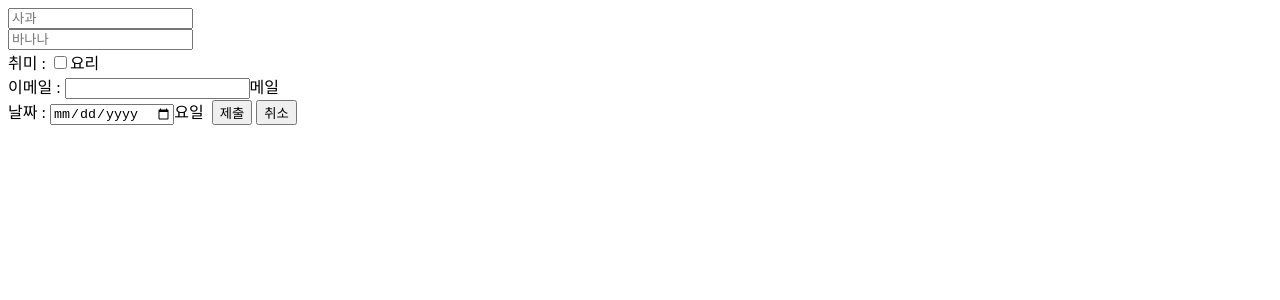
Repository: JongMin22/jsp.practice
Page: http://localhost/JSPBasic/JspObject/1.requests/req_param_sand.jsp
These files come from the project's save history. The page is drawn as it stood at one moment and after the next save; the edit follows.
The browser window is 1280 px wide. The pictures show the whole page.
The page is served by Tomcat 9.

Above is the page before, as saved 2022-02-03 06:10:02.

### JSPBasic/src/main/webapp/JspObject/1.requests/req_param_sand.jsp
<%@ page language="java" contentType="text/html; charset=UTF-8"
    pageEncoding="UTF-8"%>
<!DOCTYPE html>
<html>
<head>
<meta charset="UTF-8">
<title>Insert title here</title>
</head>
<body>
<%-- 아래에 form을 만들고 내부에 input 4개를 만들어주세요.
input 태그의 속성은 하나는 text 하나는 password
name속성은 하나는 apple 하나는 banana로 해주세요
reset 버튼과 submuit 버튼도 하나씩 만들어주세요

form의 action이 바로 목적지를 적는 부분
웹개발에서는 받을 페이지 화면의 주소를 적어줍니다. --%>

<form action="req_param_getpost.jsp" method="get">
<input type=text name="apple" placeholder="사과"/><br/>
<input type=password name="banana" placeholder="바나나"/><br/>

취미 :
<input type="checkbox" name="hobby">요리&nbsp; </br>
이메일 :
<input type="email" name="email">메일&nbsp; </br>
날짜	 :
<input type="date" name="date">요일&nbsp;
<input type=submit value="제출"/>
<input type=reset value="취소"/>

</form>

</body>
</html>

After the next save:
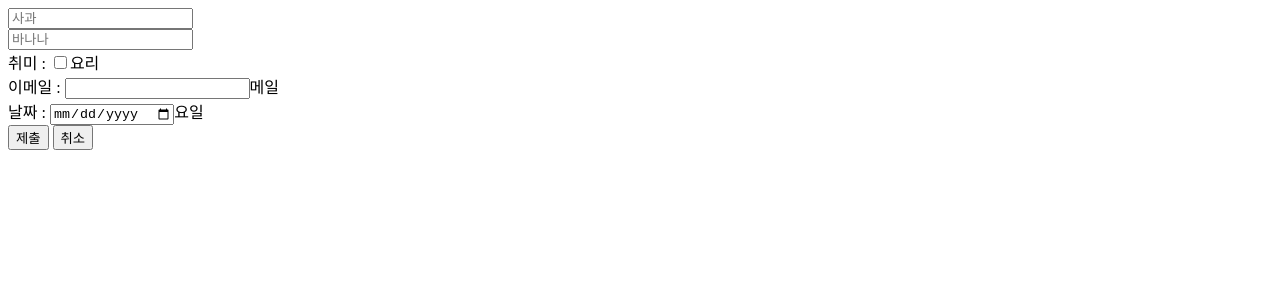
Saved 10 s later.
--- a/JSPBasic/src/main/webapp/JspObject/1.requests/req_param_sand.jsp
+++ b/JSPBasic/src/main/webapp/JspObject/1.requests/req_param_sand.jsp
@@ -24,7 +24,7 @@
 이메일 :
 <input type="email" name="email">메일&nbsp; </br>
 날짜	 :
-<input type="date" name="date">요일&nbsp;
+<input type="date" name="date">요일&nbsp; </br>
 <input type=submit value="제출"/>
 <input type=reset value="취소"/>
 
